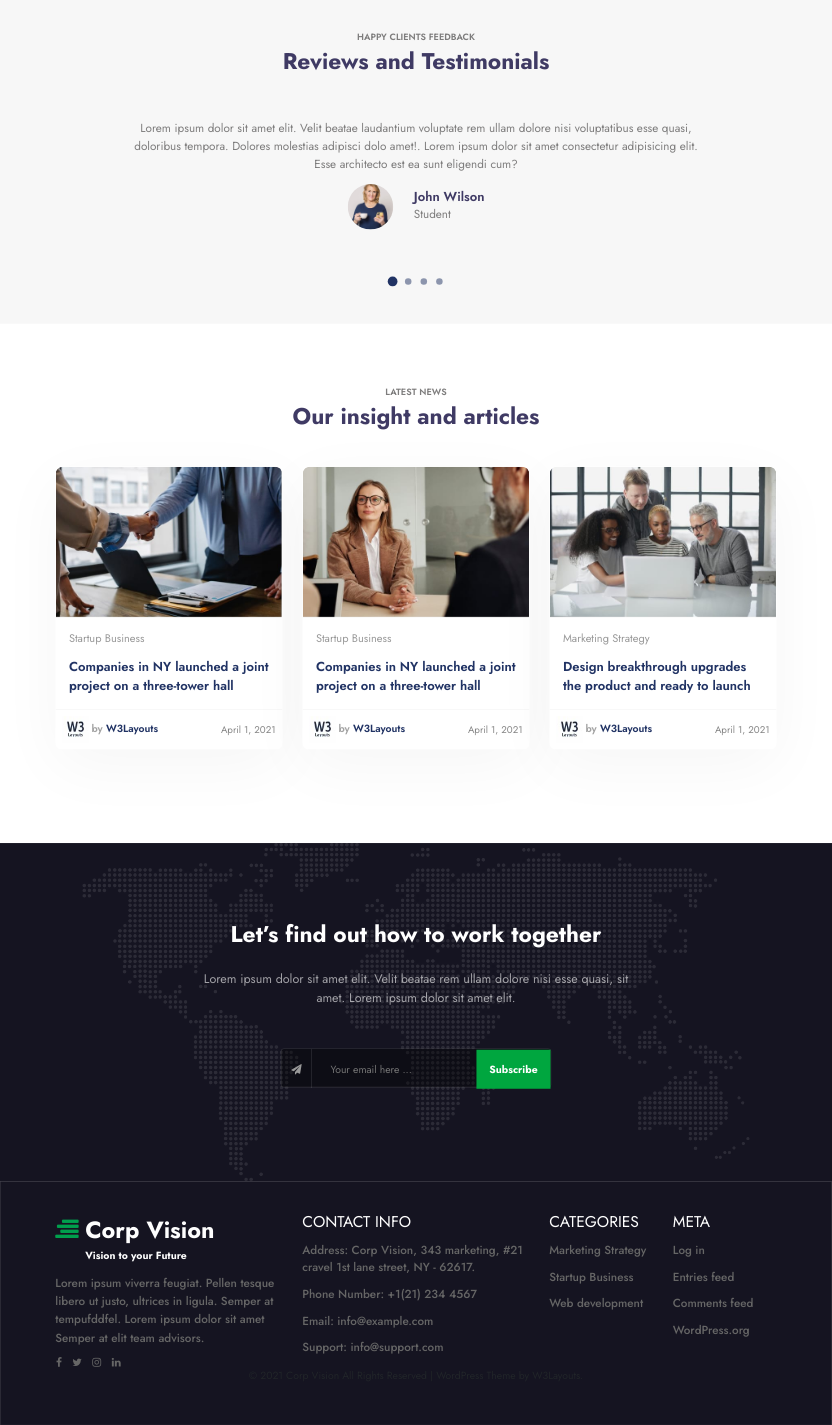
Repository: khaipnp/corpvision
Page: index.html
The author's editor kept a copy of each file at every save. The page is drawn from the files as they stood at one save, then again after the next save.
The browser window is 1280 px wide. The pictures show the whole page, at 65% of full size.

Above is the page before, as saved 2021-07-04 15:25:41.

After the next save:
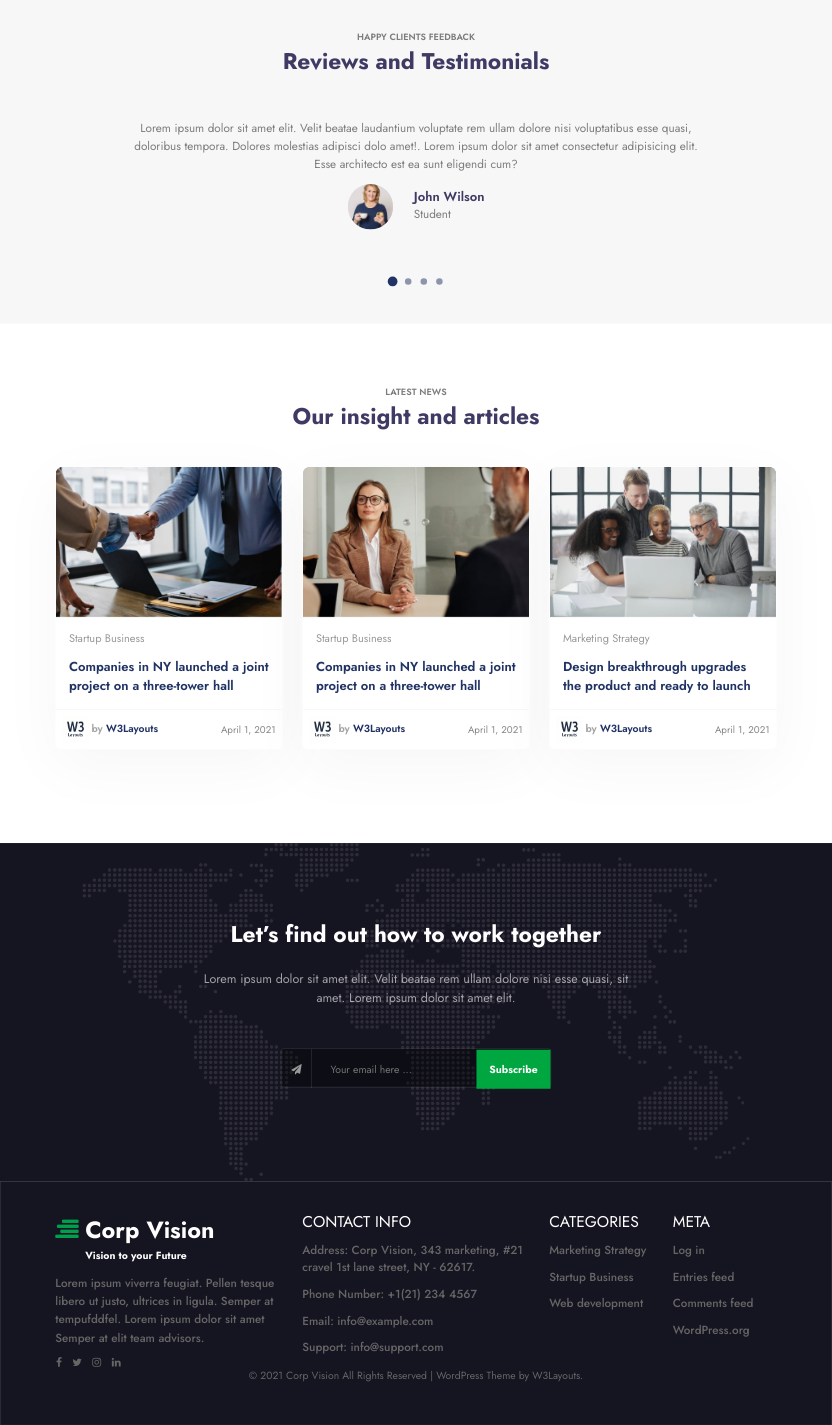
Saved 5 s later.
--- a/css/main.css
+++ b/css/main.css
@@ -294,7 +294,6 @@ footer {
   1px solid rgba(249, 249, 249, 0.1)
 }
 
-
 .copyright p {
-
-}
+  color: #666;
+}
